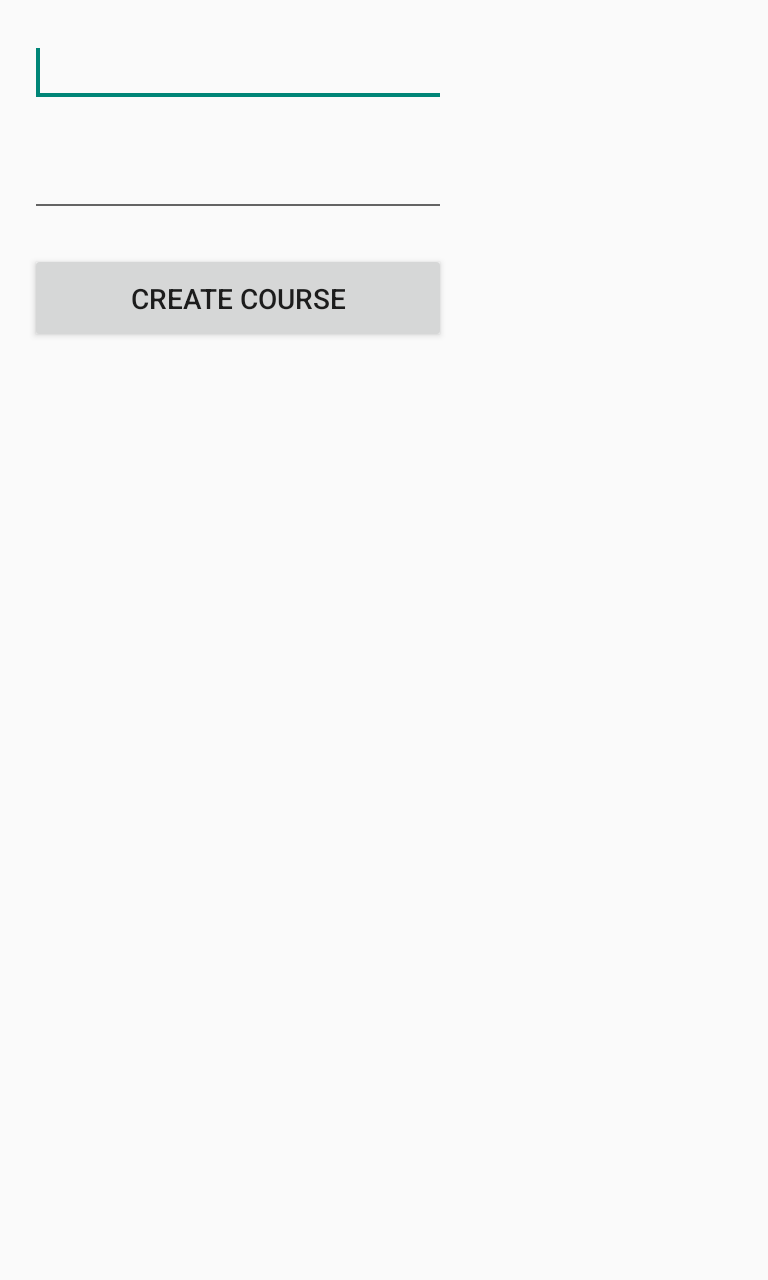
Repository: Jooms/Examples
Layout: CourseManager/res/layout/activity_main.xml
An editor plug-in stored every save of this project. The layout is shown before and after the next save, followed by the edit.
It is drawn on a 768 x 1280 px phone screen (xhdpi) without system bars, with theme AppTheme; the app's code is not run.

Above is the layout before, as saved 2014-10-05 21:28:20.

### CourseManager/res/layout/activity_main.xml
<RelativeLayout xmlns:android="http://schemas.android.com/apk/res/android"
    xmlns:tools="http://schemas.android.com/tools"
    android:layout_width="match_parent"
    android:layout_height="match_parent"
    tools:context="${relativePackage}.${activityClass}" >

    <EditText
        android:id="@+id/editName"
        android:layout_width="wrap_content"
        android:layout_height="wrap_content"
        android:layout_alignParentLeft="true"
        android:layout_alignParentTop="true"
        android:layout_marginLeft="14dp"
        android:layout_marginTop="14dp"
        android:ems="10" >

        <requestFocus />
    </EditText>

    <EditText
        android:id="@+id/editNumber"
        android:layout_width="wrap_content"
        android:layout_height="wrap_content"
        android:layout_alignLeft="@+id/editName"
        android:layout_below="@+id/editName"
        android:layout_marginTop="14dp"
        android:ems="10" />

    <Button
        android:id="@+id/buttonCreate"
        android:layout_width="wrap_content"
        android:layout_height="wrap_content"
        android:layout_alignLeft="@+id/editNumber"
        android:layout_alignRight="@+id/editNumber"
        android:layout_below="@+id/editNumber"
        android:layout_marginTop="14dp"
        android:text="Create Course"
        android:onClick="buttonCreatePressed" />

</RelativeLayout>

Loaded but not shown: CourseManager/res/values/styles.xml (common file); CourseManager/res/values-v11/styles.xml (common file); CourseManager/res/values-v14/styles.xml (common file)

After the next save:
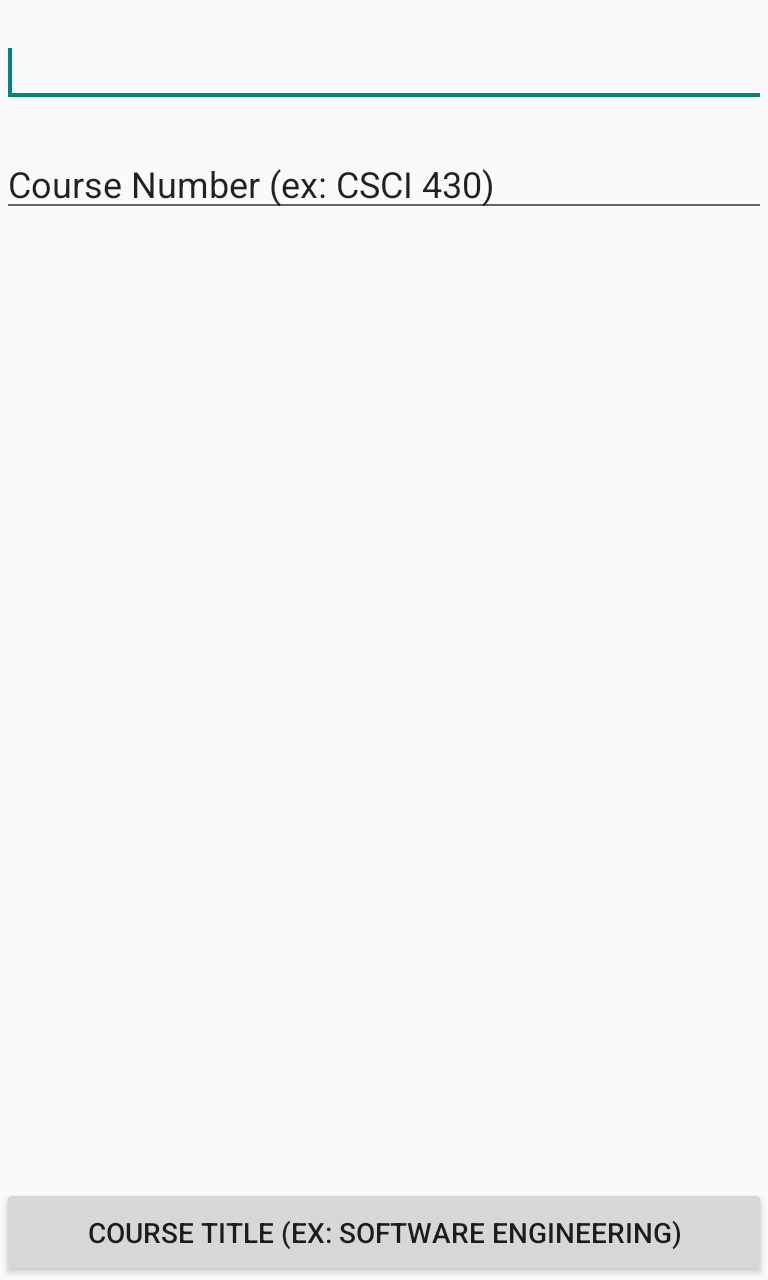
Saved 7 min 31 s later.
--- a/CourseManager/res/layout/activity_main.xml
+++ b/CourseManager/res/layout/activity_main.xml
@@ -9,8 +9,8 @@
         android:layout_width="wrap_content"
         android:layout_height="wrap_content"
         android:layout_alignParentLeft="true"
+        android:layout_alignParentRight="true"
         android:layout_alignParentTop="true"
-        android:layout_marginLeft="14dp"
         android:layout_marginTop="14dp"
         android:ems="10" >
 
@@ -22,19 +22,20 @@
         android:layout_width="wrap_content"
         android:layout_height="wrap_content"
         android:layout_alignLeft="@+id/editName"
+        android:layout_alignParentRight="true"
         android:layout_below="@+id/editName"
         android:layout_marginTop="14dp"
-        android:ems="10" />
+        android:ems="10"
+        android:text="Course Number (ex: CSCI 430)" />
 
     <Button
         android:id="@+id/buttonCreate"
         android:layout_width="wrap_content"
         android:layout_height="wrap_content"
-        android:layout_alignLeft="@+id/editNumber"
-        android:layout_alignRight="@+id/editNumber"
-        android:layout_below="@+id/editNumber"
-        android:layout_marginTop="14dp"
-        android:text="Create Course"
-        android:onClick="buttonCreatePressed" />
+        android:layout_alignParentBottom="true"
+        android:layout_alignParentLeft="true"
+        android:layout_alignParentRight="true"
+        android:onClick="buttonCreatePressed"
+        android:text="Course Title (ex: Software Engineering)" />
 
 </RelativeLayout>
